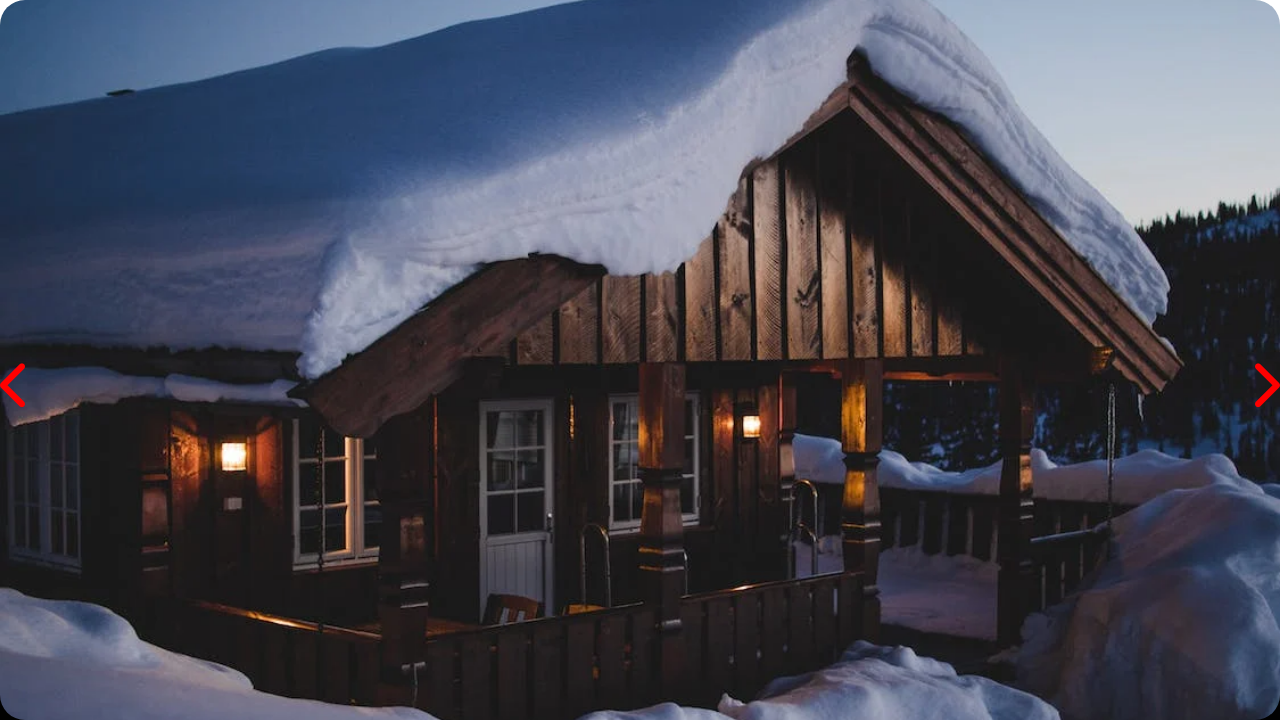
Repository: Ascaris29/Kasa_oc
Page: /essai (app in kasa_project/)
An editor plug-in stored every save of this project. The page is shown before and after a run of saves, followed by the edit.
The browser window is 1280 px wide. The pictures show the whole page.
Some web libraries are served in a nearby version. The project was rebuilt for these pictures with package versions that can differ from the ones it lists, and the page was loaded fresh each time. Also part of the build but not shown: kasa_project/src/pages/homepage/Homepage.module.scss, kasa_project/src/pages/homepage/components/CardLogement.module.scss, kasa_project/src/pages/homepage/components/CardLogement.js, kasa_project/src/pages/homepage/Homepage.js, kasa_project/src/pages/404/404.module.scss, kasa_project/src/pages/404/404.js, kasa_project/src/pages/a_propos/APropos.module.scss, kasa_project/src/pages/a_propos/components/CardDescription.module.scss and 6 more.

Above is the page before, as saved 2023-03-16 16:26:58.

### kasa_project/public/index.html
<!DOCTYPE html>
<html lang="fr">
  <head>
    <meta charset="utf-8" />
    <link rel="icon" href="%PUBLIC_URL%/favicon.ico" />
    <meta name="viewport" content="width=device-width, initial-scale=1" />
    <meta name="theme-color" content="#000000" />
    <meta
      name="description"
      content="Web site created using create-react-app"
    />
    <link rel="apple-touch-icon" href="%PUBLIC_URL%/logo192.png" />
    <!--
      manifest.json provides metadata used when your web app is installed on a
      user's mobile device or desktop. See https://developers.google.com/web/fundamentals/web-app-manifest/
    -->

    <!----------------------------------------------------------- Fonts ----------------------------------------------------------------------->
    <link rel="preconnect" href="https://fonts.googleapis.com">
    <link rel="preconnect" href="https://fonts.gstatic.com" crossorigin>
    <link href="https://fonts.googleapis.com/css2?family=Montserrat:wght@400;500;600&family=Roboto&display=swap" rel="stylesheet">
    <!----------------------------------------------------------- Icons ----------------------------------------------------------------------->
    <script src="https://kit.fontawesome.com/e65359aae8.js" crossorigin="anonymous"></script>
    <!--
      Notice the use of %PUBLIC_URL% in the tags above.
      It will be replaced with the URL of the `public` folder during the build.
      Only files inside the `public` folder can be referenced from the HTML.

      Unlike "/favicon.ico" or "favicon.ico", "%PUBLIC_URL%/favicon.ico" will
      work correctly both with client-side routing and a non-root public URL.
      Learn how to configure a non-root public URL by running `npm run build`.
    -->
    <title>Kasa</title>
  </head>
  <body>
    <noscript>You need to enable JavaScript to run this app.</noscript>
    <div id="root"></div>
    <!--
      This HTML file is a template.
      If you open it directly in the browser, you will see an empty page.

      You can add webfonts, meta tags, or analytics to this file.
      The build step will place the bundled scripts into the <body> tag.

      To begin the development, run `npm start` or `yarn start`.
      To create a production bundle, use `npm run build` or `yarn build`.
    -->
  </body>
</html>

### kasa_project/src/index.js
import React from 'react';
import ReactDOM from 'react-dom/client';
import App from './App';
import reportWebVitals from './reportWebVitals';
import './assets/styles/index.scss';
import { RouterProvider } from 'react-router-dom';
import { router } from "./router";

const root = ReactDOM.createRoot(document.getElementById('root'));
root.render(
  <React.StrictMode>
    <RouterProvider router={router} />
  </React.StrictMode>
);

// If you want to start measuring performance in your app, pass a function
// to log results (for example: reportWebVitals(console.log))
// or send to an analytics endpoint. Learn more: https://bit.ly/CRA-vitals
reportWebVitals();

### kasa_project/src/App.js
import Header from "./components/header/Header";
import Footer from "./components/footer/Footer";
import style from "./App.module.scss";
import Homepage from "./pages/homepage/Homepage";
import { Outlet } from "react-router-dom";

function App() {
  return (
      <div className={`${style.app} d-flex flex-column`}>
        <Header />
          <Outlet />
        <Footer />
      </div>
  );
}

export default App;

### kasa_project/src/assets/styles/index.scss
@use './base';
@use './flex';
@use './mixins';
@use './utils';
@use './variables';

### kasa_project/src/router.js
import { createBrowserRouter } from 'react-router-dom';
import App from './App';
import Error404 from './pages/404/404';
import APropos from './pages/a_propos/APropos';
import Homepage from './pages/homepage/Homepage';
import Caroussel from './pages/logement/components/caroussel/Caroussel';
import FicheLogement from './pages/logement/FicheLogement';


export const router = createBrowserRouter([
    {
        path : "/",
        element : <App />,
        errorElement: <Error404 />,
        children : [
            {
                path : "/",
                element : <Homepage />
            } ,
            {
                path : "/homepage",
                element : <Homepage />
            },
            {
                path: "/apropos",
                element : <APropos />
            },
            {
                path: "/logement/:id",
                element : <FicheLogement />
            },
            {
                path: "/essai",
                element: <Caroussel />
            }
        ],
    }
])

### kasa_project/src/components/header/Header.js
import image from "../../assets/images/logo_header.png";
import style from "./Header.module.scss";
import { Link, NavLink } from "react-router-dom";

export default function Header(){
    return (
        <header className={`${style.header} d-flex justify-between align-center`}>
            <Link className={`${style.headerIcon}`} to="/homepage">
                <img src={image} alt="logo du site Kasa representant une maison"/>
            </Link>
            <div className={`${style.headerNav}`}>
                <ul className="d-flex">
                    <NavLink
                    className={`${style.headerItems} m-r-30`}
                    to="/homepage"
                    end
                    >
                    Accueil
                    </NavLink>
                    <NavLink
                    className={`${style.headerItems}`}
                    to="/apropos"
                    >
                    A Propos
                    </NavLink>
                </ul>
            </div>
        </header>
    )
}

### kasa_project/src/components/footer/Footer.js
import style from "./Footer.module.scss";
import image from "../../assets/images/logo_footer.png";

export default function Footer(){
    return (
        <footer className={`${style.footer} d-flex p-t-50 flex-column justify-center align-center`}>
            <div className={`${style.footerLogo} `}>
                <img src={image} alt="" />
            </div>
            <div className="footerText">
                <p>© 2023 Kasa. All rights reserved</p>
            </div>
        </footer>
    )
}

### kasa_project/src/App.module.scss
.app{
    min-height:100vh;
}

### kasa_project/src/assets/styles/_base.scss

*{
    box-sizing: border-box;
}

body{
    margin:0;
    padding:0;
    font-family: var(--montserrat);

}

p{
    margin:0;
}

li{
    list-style-type: none;

}

.link{
    color:var(--primary);
    font-size:18px;
}

.active{
    text-decoration:underline;
}

### kasa_project/src/assets/styles/_flex.scss
.d-flex{
    display: flex;
}

.flex-column{
    flex-direction : column;
}

.flex-row{
    flex-direction: row;
}

.justify-center{
    justify-content: center;
}

.align-center{
    align-items: center;
}

.flex-fill{
    flex : 1 1 auto;
}

.justify-between{
    justify-content: space-between;
}

### kasa_project/src/assets/styles/_mixins.scss
@mixin xs{
    @media (max-width:576px){
        @content;
    }
}

@mixin sm{
    @media (min-width : 577px) and (max-width : 768px){
        @content;
    }
}

@mixin sm-lt{
    @media (max-width : 768px){
        @content;
    }
}

@mixin md{
    @media (min-width : 769px) and (max-width : 992px){
        @content;
    }
}

@mixin md-lt{
    @media (max-width : 992px){
        @content;
    }
}

@mixin lg{
    @media (min-width : 993px) and (max-width : 1200px){
        @content;
    }
}

@mixin lg-lt{
    @media (max-width : 1200px){
        @content;
    }
}

@mixin xl{
    @media (min-width : 1201px){
        @content;
    }
}

### kasa_project/src/assets/styles/_utils.scss
/*------------------------------------ General ------------------------------*/
.container{
    max-width:1200px;
    margin: auto;
    width:100%;
}
.card{

}
.calc{
    position:fixed;
    top:0;
    left:0;
    width:100%;
    height:100vh;
}

/*------------------------------------ Padding ------------------------------*/
.p-5{
    padding: 5px;
}
.p-10{
    padding:10px;
}
.p-20{
   padding:20px;
}
.p-30{
    padding:30px;
}
.p-40{
    padding:40px;
}
.p-50{
    padding:50px;
}

.p-b-5{
   padding-bottom: 5px;
}
.p-b-10{
   padding-bottom: 10px;
}
.p-b-20{
    padding-bottom: 20px;
}
.p-b-30{
    padding-bottom: 30px;
}
.p-b-40{
    padding-bottom: 40px;
}
.p-b-50{
    padding-bottom: 50px;
}


.p-t-5{
    padding-top: 5px;
}
.p-t-10{
    padding-top: 10px;
}
.p-t-20{
     padding-top: 20px;
}
.p-t-30{
     padding-top: 30px;
}
.p-t-40{
    padding-top: 40px;
}
.p-t-50{
    padding-top: 50px;
}


.p-l-5{
    padding-left: 5px;
}
.p-l-10{
    padding-left: 10px;
}
.p-l-20{
     padding-left: 20px;
}
.p-l-30{
     padding-left: 30px;
}
.p-l-40{
    padding-left: 40px;
}
.p-l-50{
    padding-left: 50px;
}



.p-r-5{
    padding-right: 5px;
}
.p-r-10{
    padding-right: 10px;
}
.p-r-20{
     padding-right: 20px;
}
.p-r-30{
     padding-right: 30px;
}
.p-r-40{
    padding-right: 40px;
}
.p-r-50{
    padding-right: 50px;
}


/*------------------------------------------------ Margin -------------------------------------------*/

.m-auto{
    margin:auto;
}
.m-5{
    margin: 5px;
}
.m-10{
    margin:10px;
}
.m-20{
   margin:20px;
}
.m-30{
    margin:30px;
}
.m-40{
    margin:40px;
}
.m-50{
    margin:50px;
}



.m-b-5{
    margin-bottom: 5px;
}
.m-b-10{
    margin-bottom: 10px;
}
.m-b-20{
    margin-bottom: 20px;
}
.m-b-30{
    margin-bottom: 30px;
}
.m-b-40{
    margin-bottom: 40px;
}
.m-b-50{
    margin-bottom: 50px;
}



.m-t-5{
    margin-top: 5px;
}
.m-t-10{
    margin-top: 10px;
}
.m-t-20{
     margin-top: 20px;
}
.m-t-30{
     margin-top: 30px;
}
.m-t-40{
    margin-top: 40px;
}
.m-t-50{
    margin-top: 50px;
}




.m-l-5{
    margin-left: 5px;
}
.m-l-10{
    margin-left: 10px;
}
.m-l-20{
     margin-left: 20px;
}
.m-l-30{
     margin-left: 30px;
}
.m-l-40{
    margin-left: 40px;
}
.m-l-50{
    margin-left: 50px;
}




.m-r-5{
    margin-right: 5px;
}
.m-r-10{
    margin-right: 10px;
}
.m-r-20{
     margin-right: 20px;
}
.m-r-30{
     margin-right: 30px;
}
.m-r-40{
    margin-right: 40px;
}
.m-r-50{
    margin-right: 50px;
}

### kasa_project/src/assets/styles/_variables.scss

/*----------------------------------------------------------------------------Color-----------------------------------------------------------------*/

:root{
    --primary: #FF6060;
    --grey1:#F6F6F6;
    --grey2: #E3E3E3;
    --grey3:#C4C4C4;
    --black: #010101;
    /*----------------------------------------------------------------------------Font-----------------------------------------------------------------*/
    --montserrat : 'Montserrat', sans-serif;
    --radius:25px;
}

### kasa_project/src/pages/logement/components/caroussel/Caroussel.js
import { useState } from "react";
import style from "./Caroussel.module.scss";

import img1 from "../../../../assets/images/pexels-photo-950058.webp";
import img2 from "../../../../assets/images/pexels-photo-1013427.jpeg";
import img3 from "../../../../assets/images/pexels-photo-1612351.jpeg";

export default function Caroussel(){

    //importer les images de l'api
    const arrayImage = [
        img1,
        img2,
        img3
    ];

    const [index, setIndex] = useState(0);

    //console.log(arrayImage);
    function handleClickCarousselPrev(){
        if(index > 0 && index < arrayImage.length){
            let i = index - 1;
            setIndex(i);
        }else{
            setIndex(arrayImage.length -1);
        }
    }

    function handleClickCarousselAfter(){
        if(index < arrayImage.length){
            let i = index + 1;
            setIndex(i);
        };
    }

    //a voir avec julien
    if(index === arrayImage.length){
        setIndex(0)
    }

    return (
        <>
            { arrayImage.map((item, i) => i === index && (
                <img src={item} alt="" className={`${style.carousselImage}`}/>
            )
            )}
            <i className={`${style.chevronLeft} fa-solid fa-chevron-left`} onClick={handleClickCarousselPrev}></i>
            <i className={`${style.chevronRight} fa-solid fa-chevron-right`} onClick={handleClickCarousselAfter}></i>
        </>
    )



}

### kasa_project/src/components/header/Header.module.scss
@use "../../assets/styles/mixins" as mixin;

.header{
    max-width:1240px;
    margin:auto;
    width:100%;
    padding:50px 30px 0 30px;
    .headerIcon{
        img{
            width:210px;
            height:68px;
            @include mixin.sm-lt{
                width:145px;
                height:47px;
            }
            @include mixin.xs{
                width:99px;
                height:35px;
            }
        }
    }

}
/*sorti de la classe header car sinon je ne peux pas mettre de classe active dessus*/
.headerItems{
    color:var(--primary);
    text-decoration:none;
    cursor:pointer;
    font-size:24px;
    @include mixin.sm-lt{
        font-size:20px;
    }
    @include mixin.xs{
        font-size:15px;
    }
}

### kasa_project/src/components/footer/Footer.module.scss
.footer{
    background-color:var(--black);
    color:white;
    .footerLogo{
        img{
            width:122px;
            height:40px;
        }
    }
}

### kasa_project/src/pages/logement/components/caroussel/Caroussel.module.scss

    .carousselImage{
        width:100%;
        height:100%;
        object-fit:cover;
        display:block;
        border-radius:var(--radius);
        position:absolute;
    }
    .chevronLeft{
        position:absolute;
        top:50%;
        left:0;
        font-size:50px;
        color:red;
        //transform:translate(-50%, -50%);
    }
    .chevronRight{
        position:absolute;
        top:50%;
        right:0;
        font-size:50px;
        color:red;
        //transform:translate(-50%, -50%);
    }

Loaded but not shown: kasa_project/src/reportWebVitals.js (common file)

After the next 2 saves:
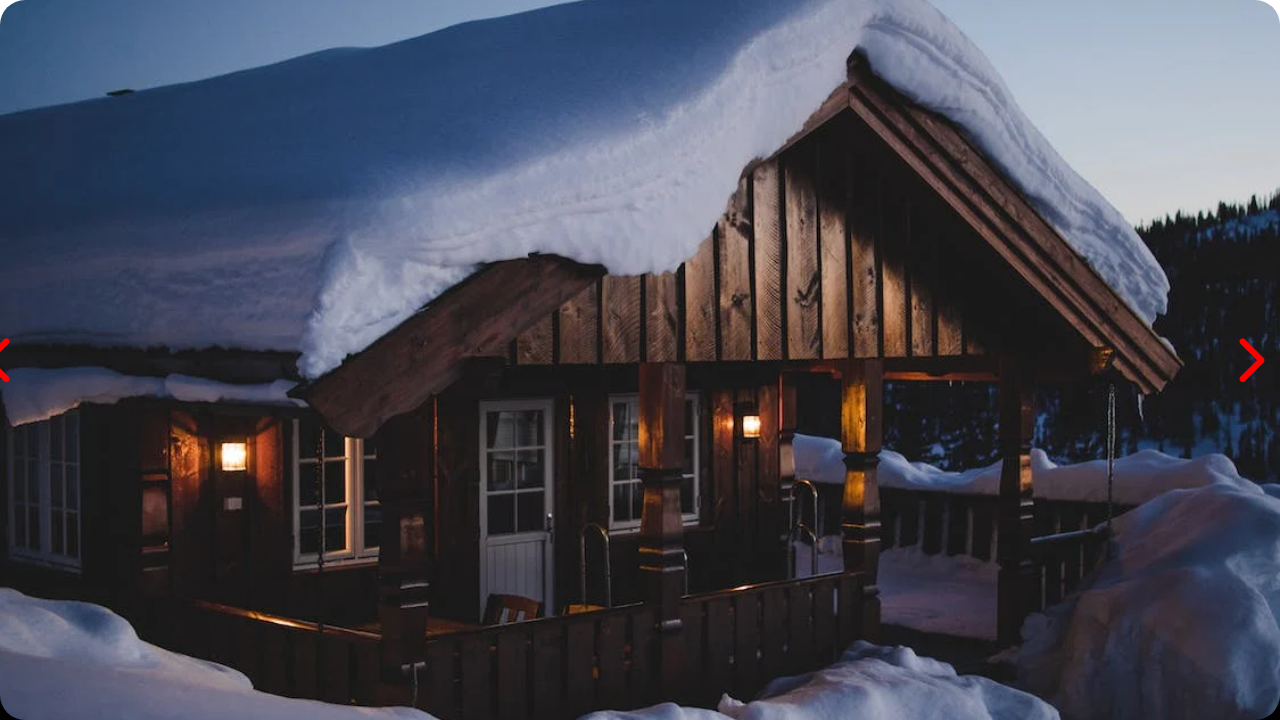
The 2 saves are shown as one change because they came seconds apart.
The last was saved 10 s later.
--- a/kasa_project/src/pages/logement/components/caroussel/Caroussel.module.scss
+++ b/kasa_project/src/pages/logement/components/caroussel/Caroussel.module.scss
@@ -13,7 +13,7 @@
         left:0;
         font-size:50px;
         color:red;
-        //transform:translate(-50%, -50%);
+        transform:translate(-50%, -50%);
     }
     .chevronRight{
         position:absolute;
@@ -21,5 +21,5 @@
         right:0;
         font-size:50px;
         color:red;
-        //transform:translate(-50%, -50%);
+        transform:translate(-50%, -50%);
     }
